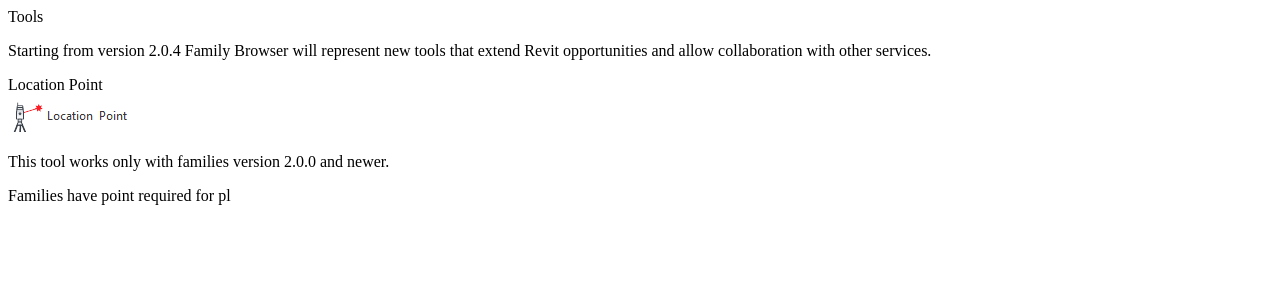
Repository: RomanLavrov/FamilyBrowserUserGuide
Page: http://localhost/FamilyBrowser/application/views/en/tools_view.php
The author's editor kept a copy of each file at every save. The page is drawn from the files as they stood at one save, then again after a run of saves.
The browser window is 1280 px wide. The pictures show the whole page.
The page is run by PHP 8.4 with error messages shown; the project is at /var/www/html/.

Above is the page before, as saved 2019-10-24 11:48:46.

### FamilyBrowser/application/views/en/tools_view.php
<div class="article-header">Tools</div>
<div class="article-content">
      <p>
            Starting from version 2.0.4 Family Browser will represent new tools that extend Revit opportunities and
            allow collaboration with other services. </p>
</div>

<div class="article-header">Location Point</div>
<div class="article-content">
<img  src="/FamilyBrowser/images/LocationPointButton_en.png" alt="">
      <p>This tool works only with families version 2.0.0 and newer.</p>
      <p>Families have point required for pl</p>
</div>

After the next 2 saves:
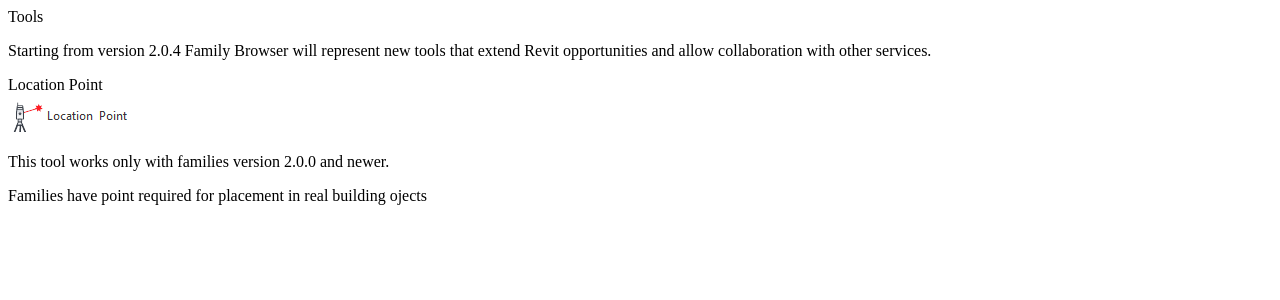
The 2 saves are shown as one change because they came seconds apart.
The last was saved 11 s later.
--- a/FamilyBrowser/application/views/en/tools_view.php
+++ b/FamilyBrowser/application/views/en/tools_view.php
@@ -9,5 +9,5 @@
 <div class="article-content">
 <img  src="/FamilyBrowser/images/LocationPointButton_en.png" alt="">
       <p>This tool works only with families version 2.0.0 and newer.</p>
-      <p>Families have point required for pl</p>
+      <p>Families have point required for placement in real building ojects </p>
 </div>
